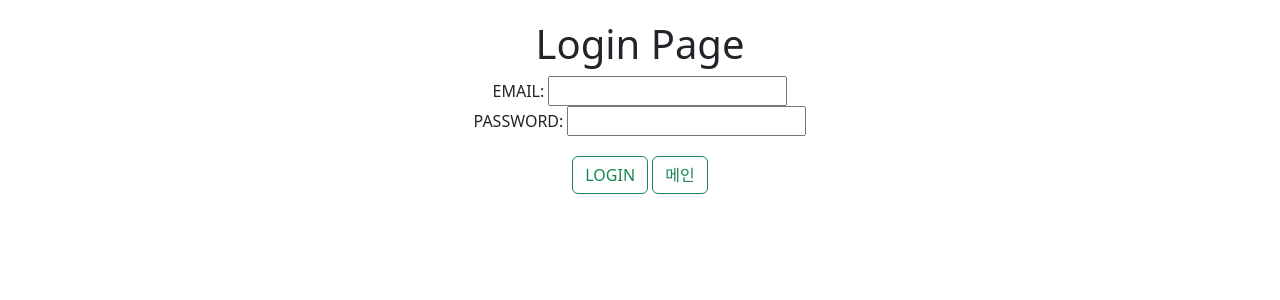
Repository: Raneechoi/java2022_09_03
Page: http://localhost/Project/mem/login
An editor plug-in stored every save of this project. The page is shown before and after a run of saves, followed by the edit.
The browser window is 1280 px wide. The pictures show the whole page.
The page is served by Tomcat 9. Other server files are loaded and not shown.

Above is the page before, as saved 2022-12-08 05:46:45.

### JSP_Board&Member/Project/src/main/webapp/member/login.jsp
<%@ page language="java" contentType="text/html; charset=UTF-8"
    pageEncoding="UTF-8"%>
<%@ taglib uri="http://java.sun.com/jsp/jstl/core" prefix="c" %>
<!DOCTYPE html>
<html>
<head>
<meta charset="UTF-8">
<title>Insert title here</title>
<!-- CSS only -->
<link href="https://cdn.jsdelivr.net/npm/bootstrap@5.2.2/dist/css/bootstrap.min.css" rel="stylesheet" integrity="sha384-Zenh87qX5JnK2Jl0vWa8Ck2rdkQ2Bzep5IDxbcnCeuOxjzrPF/et3URy9Bv1WTRi" crossorigin="anonymous">
<!-- JavaScript Bundle with Popper -->
<script src="https://cdn.jsdelivr.net/npm/bootstrap@5.2.2/dist/js/bootstrap.bundle.min.js" integrity="sha384-OERcA2EqjJCMA+/3y+gxIOqMEjwtxJY7qPCqsdltbNJuaOe923+mo//f6V8Qbsw3" crossorigin="anonymous"></script>
</head>
<body style="text-align: center; margin-top: 20px">
   <h1>Login Page</h1>
   <form action="/mem/login_auth" method="post">
      EMAIL: <input type="text" name="email"> <br>
      PASSWORD: <input type="password" name="pwd"> <br>
      <button type="submit"  class="btn btn-outline-success" style="margin-top: 20px">LOGIN</button>
      <a href="/"><button type="button"  class="btn btn-outline-success" style="margin-top: 20px">메인</button></a>
   </form>

</body>
</html>

### JSP_Board&Member/Project/src/main/java/controller/MemberController.java
package controller;

import java.io.IOException;
import java.util.List;

import javax.servlet.RequestDispatcher;
import javax.servlet.ServletException;
import javax.servlet.annotation.WebServlet;
import javax.servlet.http.HttpServlet;
import javax.servlet.http.HttpServletRequest;
import javax.servlet.http.HttpServletResponse;
import javax.servlet.http.HttpSession;

import org.slf4j.Logger;
import org.slf4j.LoggerFactory;

import domain.MemberVO;
import service.MemberService;
import service.MemberServiceImpl;


@WebServlet("/mem/*")
public class MemberController extends HttpServlet {
	private static final long serialVersionUID = 1L;
	private static final Logger log = LoggerFactory.getLogger(MemberController.class);
    private RequestDispatcher rdp;
    private String destPage; //목적지 주소 기록 변수
    private int isOK;

    private MemberService msv; // interface로 생성 - service패키지에

    public MemberController() {
    	msv = new MemberServiceImpl();
    }

	protected void service(HttpServletRequest req, HttpServletResponse res) throws ServletException, IOException {
		req.setCharacterEncoding("utf-8");
		res.setCharacterEncoding("utf-8");
		res.setContentType("text/html; charset=utf-8");

		String uri = req.getRequestURI();
		String path = uri.substring(uri.lastIndexOf("/")+1);

		log.info(">>> URI > "+uri);
		log.info(">>> Path > "+path);
		switch (path) {
		case "login":
			destPage = "/member/login.jsp";
			break;

		case "login_auth":
			try {
				MemberVO mvo = msv.login(
						new MemberVO(
								req.getParameter("email"),
								req.getParameter("pwd")
								));
				log.info("login 객체 input");
				if(mvo != null) {
					//세션 가져오기. 연결된 세션이 없다면 새로 생성
					HttpSession ses = req.getSession();
					//ses로 mvo를 바인딩
					ses.setAttribute("ses", mvo);
					ses.setMaxInactiveInterval(10*60);  // 로그인 유지시간(10분)
				}else {
					req.setAttribute("msg_login", 0);
				}
				destPage="/";

			} catch (Exception e) {
				// TODO: handle exception
				e.printStackTrace();
			}
			break;

		case "join":
			try {
				destPage = "/member/join.jsp";
			} catch (Exception e) {
				e.printStackTrace();
			}
			break;

		case "register":
			isOK = msv.register(new MemberVO(
					req.getParameter("email"),
					req.getParameter("pwd"),
					req.getParameter("nick_name")
					));
			log.info(">>> join > "+(isOK > 0 ?"ok" :"fail"));
			destPage="login";
			break;

		case "logout":
			// 연결된 세션이 있다면 해당 세션을 가져오기
			try {
				HttpSession ses = req.getSession();
				ses.invalidate();  // 세션 끊기
				// 로그인된 email을 주고 로그인 시간 update
				isOK = msv.lastLogin(req.getParameter("email"));
				log.info(">>> lastLogin > "+(isOK > 0 ?"ok" :"fail"));
				destPage="/index.jsp";
			} catch (Exception e) {
				e.printStackTrace();
			}
			break;

		case "list":
			try {
				List<MemberVO> list = msv.getlist();
				req.setAttribute("list", list);
				destPage="/member/list.jsp";
			} catch (Exception e) {
				e.printStackTrace();
			}
			break;

		case "modify":
			try {
				log.info("modify check 1");
				MemberVO mvo = msv.selectOne(req.getParameter("email"));
				req.setAttribute("mvo", mvo);

				log.info("modify check 2");
				destPage = "/member/update.jsp";
			} catch (Exception e) {
				e.printStackTrace();
			}
			break;

		case "update":
			try {
				MemberVO mvo = new MemberVO(req.getParameter("email"), req.getParameter("pwd"), req.getParameter("nick_name"));
				int isOk = msv.update(mvo);
				destPage = "/";
			} catch (Exception e) {
				e.printStackTrace();
			}
			break;

		case "remove":
			try {
				HttpSession ses = req.getSession();
				ses.invalidate();  // 세션 끊기
				// 로그인된 email을 주고 로그인 시간 update
				isOK = msv.remove(req.getParameter("email"));
				log.info(">>> remove > "+(isOK > 0 ?"ok" :"fail"));
				destPage="/";

			} catch (Exception e) {
				e.printStackTrace();
			}
			break;

		default:
			break;
		}
		// 목적지 주소 값 세팅
		rdp = req.getRequestDispatcher(destPage);
		// 정보 싣고 보내기
		rdp.forward(req, res);
	}

	protected void doGet(HttpServletRequest req, HttpServletResponse res) throws ServletException, IOException {
		service(req, res);
	}

	protected void doPost(HttpServletRequest req, HttpServletResponse res) throws ServletException, IOException {
		service(req, res);
	}
}

### JSP_Board&Member/Project/src/main/java/service/MemberServiceImpl.java
package service;

import java.util.List;

import org.slf4j.Logger;
import org.slf4j.LoggerFactory;

import controller.MemberController;
import domain.MemberVO;
import repository.MemberDAO;
import repository.MemberDAOImpl;

public class MemberServiceImpl implements MemberService {

	private MemberDAO mdao;
	private static final Logger log = LoggerFactory.getLogger(MemberController.class);

	public MemberServiceImpl() {
		mdao = new MemberDAOImpl();
	}

	@Override
	public MemberVO login(MemberVO mvo) {
		log.info("login check 2");
		return mdao.selectOne(mvo);
	}

	@Override
	public int register(MemberVO mvo) {
		log.info("register check 2");
		return mdao.insert(mvo);
	}

	@Override
	public int lastLogin(String email) {
		log.info("lastLogin check 2");
		return mdao.update(email);
	}

	@Override
	public List<MemberVO> getlist() {
		log.info("list check 2");
		return mdao.listall();
	}

	@Override
	public int modify(MemberVO mvo) {
		log.info("modify check 2");
		return mdao.update(mvo);
	}

	@Override
	public MemberVO selectOne(String email) {
		// TODO Auto-generated method stub
		return mdao.selectOne(email);
	}

	@Override
	public int update(MemberVO mvo) {
		// TODO Auto-generated method stub
		return mdao.update(mvo);
	}

	@Override
	public int remove(String email) {
		// TODO Auto-generated method stub
		return mdao.remove(email);
	}
}

### JSP_Board&Member/Project/src/main/java/repository/MemberDAO.java
package repository;

import java.util.List;

import domain.MemberVO;

public interface MemberDAO {

	MemberVO selectOne(MemberVO mvo);

	int insert(MemberVO mvo);

	int update(String email);

	List<MemberVO> listall();

	int update(MemberVO mvo);

	MemberVO selectOne(String email);

	int remove(String email);

}

### JSP_Board&Member/Project/src/main/java/repository/MemberDAOImpl.java
package repository;

import java.util.List;

import org.apache.ibatis.session.SqlSession;
import org.slf4j.Logger;
import org.slf4j.LoggerFactory;

import domain.MemberVO;
import orm.DatabaseBuilder;

public class MemberDAOImpl implements MemberDAO {

	private static final Logger log = LoggerFactory.getLogger(MemberDAOImpl.class);
	private SqlSession sql;
	private final String NS = "MemberMapper.";

	public MemberDAOImpl() {
		new DatabaseBuilder();
		sql = DatabaseBuilder.getFactory().openSession();
	}

	@Override
	public MemberVO selectOne(MemberVO mvo) {
		log.info("login check 3");
		return sql.selectOne(NS+"login",mvo);
	}

	@Override
	public int insert(MemberVO mvo) {
		log.info("join check 3");
		int isOK = sql.insert(NS+"reg",mvo);
		if(isOK > 0) {
			sql.commit();
		}
		return isOK;
	}

	@Override
	public int update(String email) {
		log.info("lastLogin check 3");
		int isOK = sql.update(NS+"last", email);
		if(isOK > 0) sql.commit();
		return isOK;
	}

	@Override
	public List<MemberVO> listall() {
		log.info("list check 3");
		return sql.selectList(NS+"list");
	}

	@Override
	public int update(MemberVO mvo) {
		log.info("modify check 3");
		int isOK = sql.update(NS+"modify",mvo);
		if(isOK > 0) sql.commit();
		return isOK;
	}

	@Override
	public MemberVO selectOne(String email) {
		// TODO Auto-generated method stub
		return sql.selectOne(NS+"getOne", email);
	}

	@Override
	public int remove(String email) {
		// TODO Auto-generated method stub
		int isOK = sql.delete(NS+"remove",email);
		if(isOK > 0) sql.commit();
		return isOK;
	}

}

### JSP_Board&Member/Project/src/main/java/orm/DatabaseBuilder.java
package orm;

import org.apache.ibatis.io.Resources;
import org.apache.ibatis.session.SqlSessionFactory;
import org.apache.ibatis.session.SqlSessionFactoryBuilder;

public class DatabaseBuilder {

	private static SqlSessionFactory factory;

	static {
		try {
			factory = new SqlSessionFactoryBuilder()
					.build(Resources.getResourceAsReader("orm/MybatisConfig.xml"));
		} catch (Exception e) {
			e.printStackTrace();
		}
	}

	public static SqlSessionFactory getFactory() {
		return factory;
	}

}

### JSP_Board&Member/Project/src/main/java/domain/MemberVO.java
package domain;

public class MemberVO {

	private String email;
	private String pwd;
	private String nick_name;
	private String reg_at;
	private String last_login;

	public MemberVO() {}

	//login : email, pwd
	public  MemberVO(String email, String pwd) {
		this.email = email;
		this.pwd = pwd;
	}

	// join,modify : email, pwd, nick_name
	public MemberVO(String email, String pwd, String nick_name) {
		this.email = email;
		this.pwd = pwd;
		this.nick_name = nick_name;
	}

	// list : all
	public MemberVO(String email, String pwd, String nick_name, String reg_at, String last_login) {
		this.email = email;
		this.pwd = pwd;
		this.nick_name = nick_name;
		this.reg_at = reg_at;
		this.reg_at = last_login;
	}

	public String getEmail() {
		return email;
	}

	public void setEmail(String email) {
		this.email = email;
	}

	public String getPwd() {
		return pwd;
	}

	public void setPwd(String pwd) {
		this.pwd = pwd;
	}

	public String getNick_name() {
		return nick_name;
	}

	public void setNick_name(String nick_name) {
		this.nick_name = nick_name;
	}

	public String getReg_at() {
		return reg_at;
	}

	public void setReg_at(String reg_at) {
		this.reg_at = reg_at;
	}

	public String getLast_login() {
		return last_login;
	}

	public void setLast_login(String last_login) {
		this.last_login = last_login;
	}

}

### JSP_Board&Member/Project/src/main/java/domain/BoardVO.java
package domain;

public class BoardVO {

	private int bno;
	private String title;
	private String writer;
	private String content;
	private String reg_date;
	private int read_count;
	private String image_file;

	public BoardVO() {}

	// insert(title, writer, content)
	public BoardVO(String title, String writer, String content) {
		this.title = title;
		this.writer = writer;
		this.content = content;
	}

	// list(bno, title, writer, reg_date, read_count)
	public BoardVO(int bno, String title, String writer, String reg_date, int read_count) {
		this.bno = bno;
		this.title = title;
		this.writer = writer;
		this.reg_date = reg_date;
		this.read_count = read_count;
	}

	// detail (all)
	public BoardVO(int bno, String title, String writer, String content, String reg_date, int read_count, String image_file) {
		this.bno = bno;
		this.title = title;
		this.writer = writer;
		this.content = content;
		this.reg_date = reg_date;
		this.read_count = read_count;
		this.image_file = image_file;
	}

	// update(bno, title, content)
	public BoardVO(int bno, String title, String content) {
		this.bno = bno;
		this.title = title;
		this.content = content;
	}

	//(bno, read_count)
	public BoardVO(int bno, int read_count) {
		this.bno = bno;
		this.read_count = read_count;
	}

	public int getBno() {
		return bno;
	}

	public void setBno(int bno) {
		this.bno = bno;
	}

	public String getTitle() {
		return title;
	}

	public void setTitle(String title) {
		this.title = title;
	}

	public String getWriter() {
		return writer;
	}

	public void setWriter(String writer) {
		this.writer = writer;
	}

	public String getContent() {
		return content;
	}

	public void setContent(String content) {
		this.content = content;
	}

	public String getReg_date() {
		return reg_date;
	}

	public void setReg_date(String reg_date) {
		this.reg_date = reg_date;
	}

	public int getRead_count() {
		return read_count;
	}

	public void setRead_count(int read_count) {
		this.read_count = read_count;
	}

	public String getImage_file() {
		return image_file;
	}

	public void setImage_file(String image_file) {
		this.image_file = image_file;
	}

}

### JSP_Board&Member/Project/src/main/java/domain/PagingVO.java
package domain;

public class PagingVO {

	private int pageNo;  // 현재 화면에 출력되는 페이지네이션 번호
	private int qty;     // 한 페이지당 보여줄 게시글 수

	public PagingVO() {  // 페이지네이션을 클릭하기 전 기본 리스트 출력 값
		this(1,10);
	}

	public PagingVO(int pageNo, int qty) {
		this.pageNo = pageNo;
		this.qty = qty;
	}

	public int getPageStart() {
		return (this.pageNo-1)*qty;   // 시작페이지 번호 구하기
	}

	public int getPageNo() {
		return pageNo;
	}

	public void setPageNo(int pageNo) {
		this.pageNo = pageNo;
	}

	public int getQty() {
		return qty;
	}

	public void setQty(int qty) {
		this.qty = qty;
	}


}

### JSP_Board&Member/Project/src/main/java/domain/CommentVO.java
package domain;

public class CommentVO {

	private int cno;
	private int bno;
	private String writer;
	private String content;
	private String reg_at;

	public CommentVO() { }

	// post(bno, writer, content)
	public CommentVO(int bno, String writer, String content) {
		this.bno = bno;
		this.writer = writer;
		this.content = content;
	}

	// modify
	public CommentVO(int cno, String content) {
		this.cno = cno;
		this.content = content;
	}

	// list(bno, cno, writer, content, reg_at)
	public CommentVO(int cno, int bno, String writer, String content, String reg_at) {
		this.cno = cno;
		this.bno = bno;
		this.writer = writer;
		this.content = content;
		this.reg_at = reg_at;
	}

	public int getCno() {
		return cno;
	}

	public void setCno(int cno) {
		this.cno = cno;
	}

	public int getBno() {
		return bno;
	}

	public void setBno(int bno) {
		this.bno = bno;
	}

	public String getWriter() {
		return writer;
	}

	public void setWriter(String writer) {
		this.writer = writer;
	}

	public String getContent() {
		return content;
	}

	public void setContent(String content) {
		this.content = content;
	}

	public String getReg_at() {
		return reg_at;
	}

	public void setReg_at(String reg_at) {
		this.reg_at = reg_at;
	}


}

After the next 4 saves:
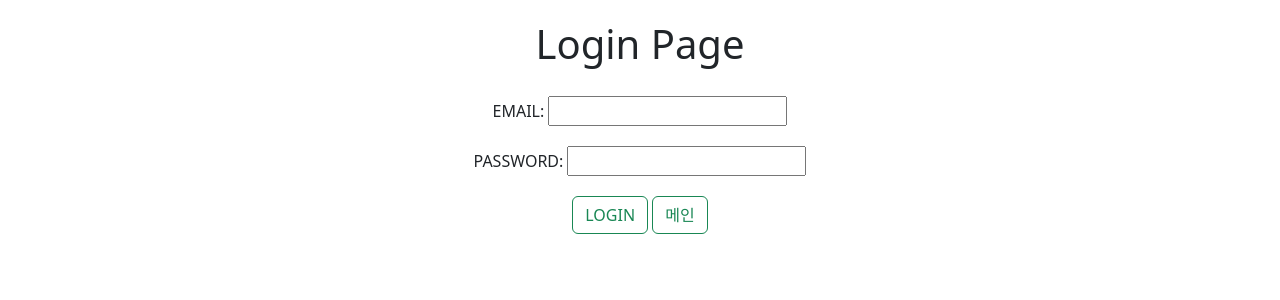
The 4 saves are shown as one change because they came seconds apart.
The last was saved 16 s later.
--- a/JSP_Board&Member/Project/src/main/webapp/member/login.jsp
+++ b/JSP_Board&Member/Project/src/main/webapp/member/login.jsp
@@ -14,10 +14,10 @@
 <body style="text-align: center; margin-top: 20px">
    <h1>Login Page</h1>
    <form action="/mem/login_auth" method="post">
-      EMAIL: <input type="text" name="email"> <br>
-      PASSWORD: <input type="password" name="pwd"> <br>
-      <button type="submit"  class="btn btn-outline-success" style="margin-top: 20px">LOGIN</button>
-      <a href="/"><button type="button"  class="btn btn-outline-success" style="margin-top: 20px">메인</button></a>
+      EMAIL: <input type="text" name="email" style="margin-top: 20px"> <br>
+      PASSWORD: <input type="password" name="pwd" style="margin-top: 20px"> <br>
+      <button type="submit"  class="btn btn-outline-success" style="margin-top: 20px" style="margin-top: 20px">LOGIN</button>
+      <a href="/"><button type="button"  class="btn btn-outline-success" style="margin-top: 20px" style="margin-top: 20px">메인</button></a>
    </form>
 
 </body>
